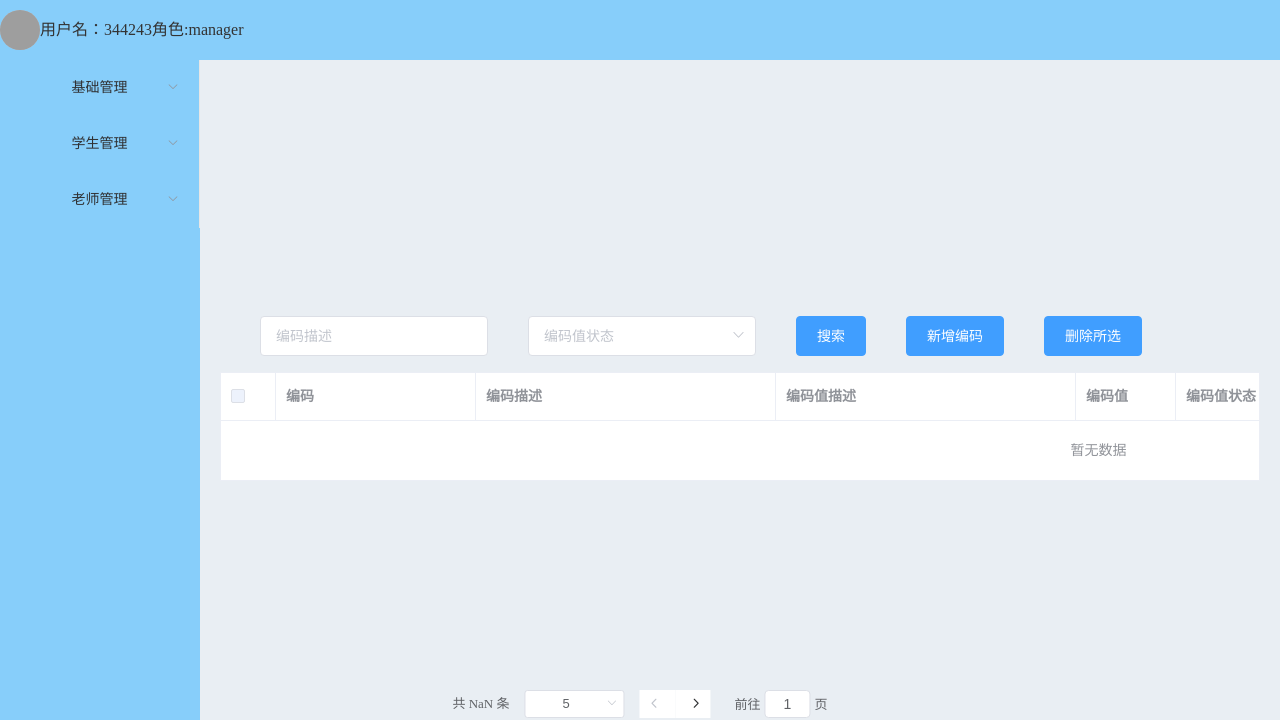
Repository: lwm9704/school-front
Page: /#/code
An editor plug-in stored every save of this project. The page is shown before and after the next save, followed by the edit.
The browser window is 1280 px wide. The pictures show the whole page.
Pictures or frames that could not be fetched are drawn as grey boxes. The page's requests for data from a server got no answer. The project was rebuilt for these pictures with package versions that can differ from the ones it lists, and the page was loaded fresh each time. No one was signed in, and anything a server would have sent is missing. Also part of the build but not shown: src/js/login.js, src/view/login.vue.

Above is the page before, as saved 2021-11-25 17:49:31.

After the next save:
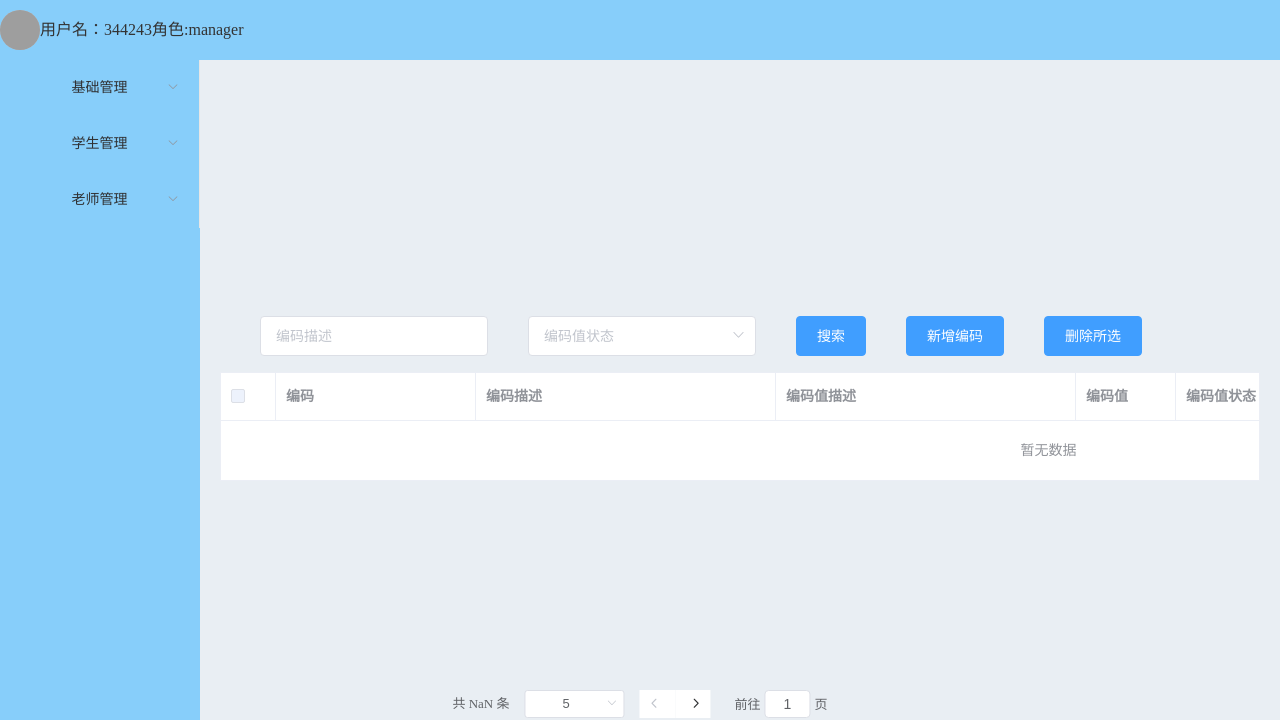
Saved 10 s later.
--- a/src/view/code.vue
+++ b/src/view/code.vue
@@ -70,7 +70,7 @@
       <el-table-column
         prop="state"
         label="编码值状态"
-        width="300"
+        width="200"
         show-overflow-tooltip
       ></el-table-column>
       <el-table-column label="操作" width="500">
